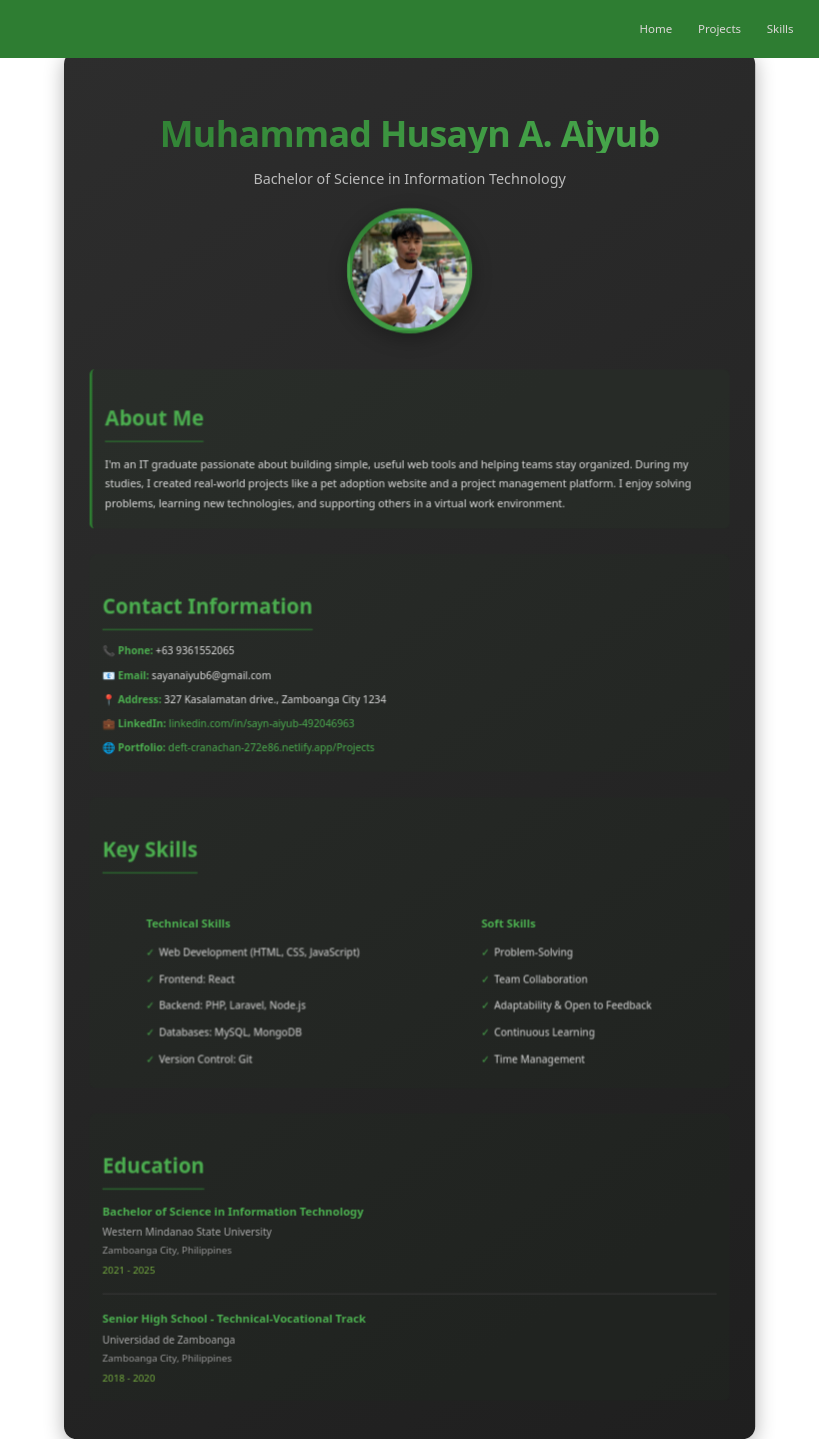
Repository: SAYANA11/portfolio
Page: /
An editor plug-in stored every save of this project. The page is shown before and after the next save, followed by the edit.
The browser window is 1280 px wide. The pictures show the whole page, at 64% of full size.
The project was rebuilt for these pictures with package versions that can differ from the ones it lists, and the page was loaded fresh each time. Also part of the build but not shown: vite.config.js, src/components/Projects.css, src/components/Projects.jsx, src/components/Skills.jsx.

Above is the page before, as saved 2026-02-16 20:36:29.

### index.html
<!doctype html>
<html lang="en">
  <head>
    <meta charset="UTF-8" />
    <link rel="icon" type="image/svg+xml" href="/vite.svg" />
    <meta name="viewport" content="width=device-width, initial-scale=1.0" />
    <title>Muhammad Husayn Aiyub - Portfolio</title>
  </head>
  <body>
    <div id="root"></div>
    <script type="module" src="/src/main.jsx"></script>
  </body>
</html>

### src/index.css
:root {
  font-family: system-ui, Avenir, Helvetica, Arial, sans-serif;
  line-height: 1.5;
  font-weight: 400;

  color-scheme: light dark;
  color: rgba(255, 255, 255, 0.87);
  background-color: #242424;

  font-synthesis: none;
  text-rendering: optimizeLegibility;
  -webkit-font-smoothing: antialiased;
  -moz-osx-font-smoothing: grayscale;
}
/* Add in index.css or global style file */

a {
  font-weight: 500;
  color: #646cff;
  text-decoration: inherit;
}
a:hover {
  color: #535bf2;
}

html, body, #root {
  height: 100%;
  margin: 0;
  padding: 0;
  display: block; /* Change from flex to block to avoid global centering */
}

body {
  margin: 0;
  min-width: 320px;
  background-color: #ffffff; /* Ensure a consistent background color */
}

h1 {
  font-size: 3.2em;
  line-height: 1.1;
}

button {
  border-radius: 8px;
  border: 1px solid transparent;
  padding: 0.6em 1.2em;
  font-size: 1em;
  font-weight: 500;
  font-family: inherit;
  background-color: #1a1a1a;
  cursor: pointer;
  transition: border-color 0.25s;
}
button:hover {
  border-color: #646cff;
}
button:focus,
button:focus-visible {
  outline: 4px auto -webkit-focus-ring-color;
}

@media (prefers-color-scheme: light) {
  :root {
    color: #213547;
    background-color: #ffffff;
  }
  a:hover {
    color: #747bff;
  }
  button {
    background-color: #f9f9f9;
  }
}

### src/App.jsx
import React from "react";
import { BrowserRouter as Router, Routes, Route } from "react-router-dom";
import NavBar from "./components/Navbar";
import Hero from "./components/Hero";
import Projects from "./components/Projects";
import Skills from "./components/Skills";

function App() {
  return (
    <Router>
      <NavBar />
      <Routes>
        <Route path="/" element={<Hero />} />
        <Route path="/Projects" element={<Projects />} />
        <Route path="/Skills" element={<Skills />} />
      </Routes>
    </Router>
  );
}

export default App;

### src/components/Navbar.jsx
import React from "react";
import { Link } from "react-router-dom";
import "./Navbar.css";

const NavBar = () => {
  return (
    <nav className="navbar">
      <ul>
        <li>
          <Link to="/">Home</Link>
        </li>
        <li>
          <Link to="/Projects">Projects</Link>
        </li>
        <li>
          <Link to="/Skills">Skills</Link>
        </li>
      </ul>
    </nav>
  );
};

export default NavBar;

### src/components/Hero.jsx
import React from "react";
import myPhoto from "./sayana.jpg";
import "./Hero.css";

const Hero = () => {
  return (
    <div className="hero-container">
      {/* Header Section with Photo */}
      <div className="name">
        <h1 className="hero-title">Muhammad Husayn A. Aiyub</h1>
        <p className="hero-subtitle">Bachelor of Science in Information Technology</p>
        <div className="photo">
          <img src={myPhoto} alt="Muhammad Husayn Aiyub" />
        </div>
      </div>

      {/* About Me Section */}
      <div className="about-section">
        <h2 className="section-title">About Me</h2>
        <p className="about-text">
          I'm an IT graduate passionate about building simple, useful web tools and helping teams stay organized. During my studies, I created real-world projects like a pet adoption website and a project management platform. I enjoy solving problems, learning new technologies, and supporting others in a virtual work environment.
        </p>
      </div>

      {/* Contact Information */}
      <div className="contact-section">
        <h3 className="section-title">Contact Information</h3>
        <div className="contact-details">
          <p><strong>📞 Phone:</strong> +63 9361552065</p>
          <p><strong>📧 Email:</strong> sayanaiyub6@gmail.com</p>
          <p><strong>📍 Address:</strong> 327 Kasalamatan drive., Zamboanga City 1234</p>
          <p><strong>💼 LinkedIn:</strong> <a href="https://linkedin.com/in/sayn-aiyub-492046963" target="_blank" rel="noopener noreferrer">linkedin.com/in/sayn-aiyub-492046963</a></p>
          <p><strong>🌐 Portfolio:</strong> <a href="https://deft-cranachan-272e86.netlify.app/Projects" target="_blank" rel="noopener noreferrer">deft-cranachan-272e86.netlify.app/Projects</a></p>
        </div>
      </div>

      {/* Skills Summary */}
      <div className="skills-summary-section">
        <h3 className="section-title">Key Skills</h3>
        <div className="skills-grid">
          <div className="skill-category">
            <h4>Technical Skills</h4>
            <ul>
              <li>Web Development (HTML, CSS, JavaScript)</li>
              <li>Frontend: React</li>
              <li>Backend: PHP, Laravel, Node.js</li>
              <li>Databases: MySQL, MongoDB</li>
              <li>Version Control: Git</li>
            </ul>
          </div>
          <div className="skill-category">
            <h4>Soft Skills</h4>
            <ul>
              <li>Problem-Solving</li>
              <li>Team Collaboration</li>
              <li>Adaptability & Open to Feedback</li>
              <li>Continuous Learning</li>
              <li>Time Management</li>
            </ul>
          </div>
        </div>
      </div>

      {/* Education */}
      <div className="education-section">
        <h3 className="section-title">Education</h3>
        <div className="education-item">
          <h4>Bachelor of Science in Information Technology</h4>
          <p className="school-name">Western Mindanao State University</p>
          <p className="location">Zamboanga City, Philippines</p>
          <p className="duration">2021 - 2025</p>
        </div>
        <div className="education-item">
          <h4>Senior High School - Technical-Vocational Track</h4>
          <p className="school-name">Universidad de Zamboanga</p>
          <p className="location">Zamboanga City, Philippines</p>
          <p className="duration">2018 - 2020</p>
        </div>
      </div>
    </div>
  );
};

export default Hero;

### src/components/Navbar.css
.navbar {
    background: #2e7d32; /* Dark green color */
    color: white;
    padding: 15px 20px; /* Add padding for spacing */
    position: fixed;
    width: 100%; /* Full width navbar */
    height: 60px; /* Set a fixed height for the navbar */
    top: 0;
    z-index: 1000;
    display: flex;
    align-items: center;
    justify-content: flex-end; /* Align content to the right */
    margin-bottom: 20px; /* Add margin to the bottom */
}

.navbar ul {
    list-style: none;
    padding: 0;
    margin: 0 50px 0 0; /* Add margin to the right */
    display: flex; /* Display items in a row */
    gap: 20px; /* Add spacing between items */
}

.navbar ul li {
    font-size: 18px;
    transition: 0.3s;
}

.navbar ul li a {
    color: #ddd8d8; /* Dark text for better contrast */
    text-decoration: none;
    transition: color 0.3s;
    padding: 5px 10px;
}

.navbar ul li a:hover,
.navbar ul li.active {
    color: white;
    background: #4caf50; /* Highlight with a green shade */
    border-radius: 5px;
}

/* Responsive */
@media (max-width: 768px) {
    .navbar ul {
        gap: 10px; /* Reduce spacing for smaller screens */
        margin: 0 10px 0 0; /* Adjust margin for smaller screens */
    }

    .navbar ul li {
        font-size: 16px; /* Adjust font size for smaller screens */
    }
}

### src/components/Hero.css
/* Import Poppins font */
@import url('https://fonts.googleapis.com/css2?family=Poppins:wght@300;400;500;600;700&display=swap');

/* Root Variables for Better Theme Management */
:root {
  --primary-green: #2e7d32;
  --primary-green-light: #4caf50;
  --primary-green-dark: #1b5e20;
  --accent-gold: #ffd700;
  --text-light: #f1f1f1;
  --text-dark: #333;
  --text-muted: #666;
  --background-dark: #1a1a1a;
  --card-background: #2d2d2d;
  --border-color: #444;
  --shadow-light: rgba(0, 0, 0, 0.1);
  --shadow-medium: rgba(0, 0, 0, 0.3);
  --shadow-heavy: rgba(0, 0, 0, 0.7);
  --gradient-primary: linear-gradient(135deg, var(--primary-green), var(--primary-green-light));
  --gradient-card: linear-gradient(145deg, #2d2d2d, #1f1f1f);
}

/* Hero Container */
.hero-container {
  padding: 60px 40px;
  max-width: 1000px;
  margin: 80px auto;
  border-radius: 20px;
  background: var(--gradient-card);
  box-shadow: 0 8px 32px var(--shadow-medium);
  color: var(--text-light);
  position: relative;
  overflow: hidden;
}

      .hero-container::before {
        content: '';
        position: absolute;
        top: 0;
        left: 0;
        right: 0;
        height: 4px;
        background: var(--gradient-primary);
        border-radius: 20px 20px 0 0;
      }

      /* Name Section */
      .name {
        text-align: center;
        margin-bottom: 50px;
        position: relative;
      }

      .hero-title {
        font-size: clamp(2rem, 5vw, 3.5rem);
        font-weight: 700;
        background: var(--gradient-primary);
        -webkit-background-clip: text;
        -webkit-text-fill-color: transparent;
        background-clip: text;
        margin-bottom: 15px;
        letter-spacing: -0.02em;
        animation: fadeInUp 0.8s ease-out;
      }

      .hero-subtitle {
        font-size: clamp(1rem, 2.5vw, 1.4rem);
        color: #bbb;
        font-weight: 400;
        margin-bottom: 30px;
        animation: fadeInUp 0.8s ease-out 0.2s both;
      }

      /* Photo Styling */
      .photo {
        position: relative;
        display: inline-block;
        animation: fadeInUp 0.8s ease-out 0.4s both;
      }

      .photo img {
        width: 180px;
        height: 180px;
        border-radius: 50%;
        object-fit: cover;
        border: 5px solid transparent;
        background: var(--gradient-primary);
        padding: 3px;
        transition: all 0.4s cubic-bezier(0.4, 0, 0.2, 1);
        box-shadow: 0 8px 32px var(--shadow-medium);
      }

      .photo::before {
        content: '';
        position: absolute;
        top: -10px;
        left: -10px;
        right: -10px;
        bottom: -10px;
        border-radius: 50%;
        background: var(--gradient-primary);
        opacity: 0;
        transition: opacity 0.4s ease;
        z-index: -1;
      }

      .photo:hover::before {
        opacity: 0.2;
      }

      .photo:hover img {
        transform: scale(1.05);
        box-shadow: 0 12px 48px var(--shadow-heavy);
      }

      /* Section Styling */
      .section-title {
        font-size: clamp(1.5rem, 4vw, 2rem);
        font-weight: 700;
        color: var(--primary-green-light);
        margin-bottom: 20px;
        border-bottom: 2px solid var(--primary-green);
        padding-bottom: 12px;
        display: inline-block;
        animation: fadeInUp 0.8s ease-out both;
      }

      /* About Section */
      .about-section {
        margin-bottom: 40px;
        padding: 25px 20px;
        background: rgba(46, 125, 50, 0.05);
        border-left: 4px solid var(--primary-green);
        border-radius: 8px;
        animation: fadeInUp 0.8s ease-out 0.2s both;
      }

      .about-text {
        font-size: 1.05rem;
        line-height: 1.8;
        color: #ddd;
        margin: 0;
      }

      /* Contact Section */
      .contact-section {
        margin-bottom: 40px;
        padding: 25px 20px;
        background: rgba(46, 125, 50, 0.03);
        border-radius: 8px;
        animation: fadeInUp 0.8s ease-out 0.3s both;
      }

      .contact-details {
        display: grid;
        grid-template-columns: 1fr;
        gap: 12px;
      }

      .contact-details p {
        margin: 0;
        font-size: 1rem;
        line-height: 1.6;
        color: #ddd;
      }

      .contact-details strong {
        color: var(--primary-green-light);
        font-weight: 600;
      }

      .contact-details a {
        color: var(--primary-green-light);
        text-decoration: none;
        transition: all 0.3s ease;
      }

      .contact-details a:hover {
        color: var(--accent-gold);
        text-decoration: underline;
      }

      /* Skills Summary Section */
      .skills-summary-section {
        margin-bottom: 40px;
        padding: 25px 20px;
        background: rgba(46, 125, 50, 0.03);
        border-radius: 8px;
        animation: fadeInUp 0.8s ease-out 0.4s both;
      }

      .skills-grid {
        display: grid;
        grid-template-columns: repeat(auto-fit, minmax(250px, 1fr));
        gap: 25px;
        margin-top: 20px;
      }

      .skill-category h4 {
        font-size: 1.1rem;
        color: var(--primary-green-light);
        margin-bottom: 12px;
        font-weight: 600;
      }

      .skill-category ul {
        list-style: none;
        padding: 0;
        margin: 0;
      }

      .skill-category li {
        padding: 8px 0;
        padding-left: 20px;
        position: relative;
        color: #ddd;
        line-height: 1.6;
      }

      .skill-category li::before {
        content: '✓';
        position: absolute;
        left: 0;
        color: var(--primary-green-light);
        font-weight: bold;
      }

      /* Education Section */
      .education-section {
        padding: 25px 20px;
        background: rgba(46, 125, 50, 0.03);
        border-radius: 8px;
        animation: fadeInUp 0.8s ease-out 0.5s both;
      }

      .education-item {
        margin-bottom: 25px;
        padding-bottom: 25px;
        border-bottom: 1px solid var(--border-color);
      }

      .education-item:last-child {
        margin-bottom: 0;
        padding-bottom: 0;
        border-bottom: none;
      }

      .education-item h4 {
        font-size: 1.1rem;
        color: var(--primary-green-light);
        margin: 0 0 8px 0;
        font-weight: 600;
      }

      .school-name {
        font-size: 1rem;
        color: #aaa;
        margin: 5px 0;
      }

      .location {
        font-size: 0.95rem;
        color: #999;
        margin: 5px 0;
      }

      .duration {
        font-size: 0.95rem;
        color: #77b041;
        margin: 8px 0 0 0;
        font-weight: 500;
      }

      /* Modal Styles */
      .modal {
        display: none;
      }

      /* Animations */
      @keyframes fadeInUp {
        from {
          opacity: 0;
          transform: translateY(30px);
        }
        to {
          opacity: 1;
          transform: translateY(0);
        }
      }

      /* Responsive Design */
      @media (max-width: 768px) {
        .hero-container {
          padding: 40px 20px;
          margin-top: 60px;
        }

        .skills-grid {
          grid-template-columns: 1fr;
        }

        .section-title {
          font-size: 1.4rem;
        }

        .contact-details {
          grid-template-columns: 1fr;
        }

        .photo img {
          width: 140px;
          height: 140px;
        }
      }

      @media (max-width: 480px) {
        .hero-container {
          padding: 30px 15px;
          margin-top: 40px;
          margin-left: 10px;
          margin-right: 10px;
        }

        .hero-title {
          font-size: 1.8rem;
        }

        .hero-subtitle {
          font-size: 1rem;
        }

        .about-section,
        .contact-section,
        .skills-summary-section,
        .education-section {
          padding: 15px 12px;
        }

        .photo img {
          width: 120px;
          height: 120px;
        }

        .section-title {
          font-size: 1.2rem;
        }

        .about-text,
        .contact-details p,
        .skill-category li {
          font-size: 0.95rem;
        }
      }

### src/components/Skills.css
/* Skills Container */
.skills-container {
  padding: 40px 20px;
  background: linear-gradient(135deg, #e8fce8, #ffffff); /* Soft green gradient */
  border-radius: 15px;
  box-shadow: 0 8px 20px rgba(0, 0, 0, 0.15); /* Subtle shadow */
  max-width: 1200px;
  margin: 40px auto; /* Center the container */
  font-family: 'Poppins', sans-serif;
  color: #2c3e50;
  text-align: center;
}

/* Title Styling */
.skills-title {
  font-size: 2.5rem;
  font-weight: 700;
  margin-bottom: 30px;
  color: #2c3e50;
}

/* Skills Grid */
.skills-grid {
  display: grid;
  grid-template-columns: repeat(auto-fit, minmax(250px, 1fr)); /* Responsive grid */
  gap: 20px;
  justify-items: center;
}

/* Skill Card */
.skill-card {
  background: #ffffff;
  border: 1px solid #ddd;
  border-radius: 15px;
  padding: 20px;
  text-align: center;
  box-shadow: 0 4px 10px rgba(0, 0, 0, 0.1);
  transition: transform 0.3s ease, box-shadow 0.3s ease;
}

.skill-card:hover {
  transform: scale(1.05);
  box-shadow: 0 6px 15px rgba(0, 0, 0, 0.2);
}

/* Skill Logo */
.skill-logo {
  width: 60px;
  height: 60px;
  margin-bottom: 15px;
}

/* Skill Name */
.skill-name {
  font-size: 1.5rem;
  font-weight: 600;
  margin-bottom: 10px;
  color: #4caf50; /* Accent color */
}

/* Skill Description */
.skill-description {
  font-size: 1rem;
  color: #555;
  line-height: 1.6;
}

/* Responsive Design */
@media (max-width: 768px) {
  .skills-title {
    font-size: 2rem;
  }

  .skill-card {
    padding: 15px;
  }

  .skill-logo {
    width: 50px;
    height: 50px;
  }

  .skill-name {
    font-size: 1.3rem;
  }

  .skill-description {
    font-size: 0.9rem;
  }
}

Loaded but not shown: src/main.jsx (common file)

After the next save:
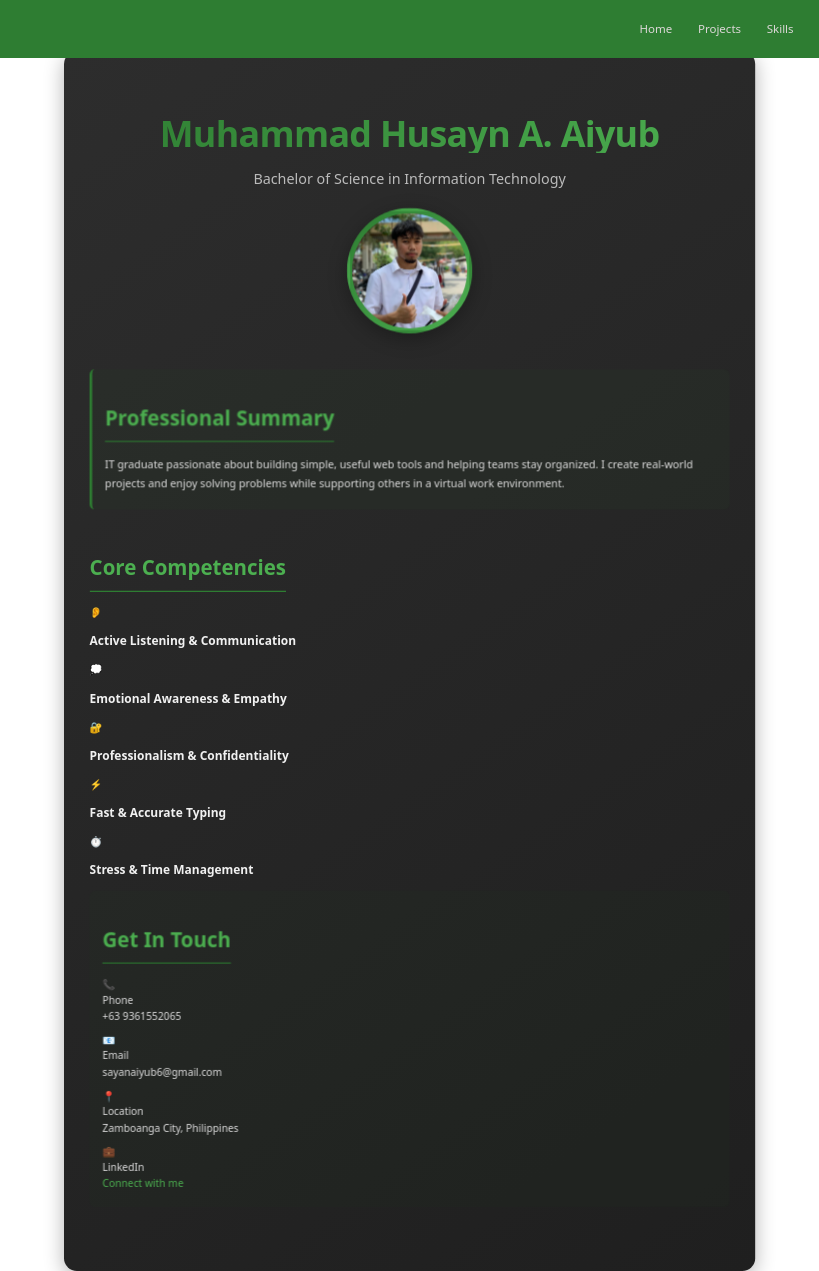
Saved 4 min 55 s later.
--- a/src/components/Hero.jsx
+++ b/src/components/Hero.jsx
@@ -14,67 +14,75 @@ const Hero = () => {
         </div>
       </div>
 
-      {/* About Me Section */}
+      {/* Professional Summary */}
       <div className="about-section">
-        <h2 className="section-title">About Me</h2>
+        <h2 className="section-title">Professional Summary</h2>
         <p className="about-text">
-          I'm an IT graduate passionate about building simple, useful web tools and helping teams stay organized. During my studies, I created real-world projects like a pet adoption website and a project management platform. I enjoy solving problems, learning new technologies, and supporting others in a virtual work environment.
+          IT graduate passionate about building simple, useful web tools and helping teams stay organized. I create real-world projects and enjoy solving problems while supporting others in a virtual work environment.
         </p>
+      </div>
+
+      {/* Soft Skills Section */}
+      <div className="soft-skills-section">
+        <h2 className="section-title">Core Competencies</h2>
+        <div className="soft-skills-grid">
+          <div className="skill-item">
+            <div className="skill-icon">👂</div>
+            <h3>Active Listening & Communication</h3>
+          </div>
+          <div className="skill-item">
+            <div className="skill-icon">💭</div>
+            <h3>Emotional Awareness & Empathy</h3>
+          </div>
+          <div className="skill-item">
+            <div className="skill-icon">🔐</div>
+            <h3>Professionalism & Confidentiality</h3>
+          </div>
+          <div className="skill-item">
+            <div className="skill-icon">⚡</div>
+            <h3>Fast & Accurate Typing</h3>
+          </div>
+          <div className="skill-item">
+            <div className="skill-icon">⏱️</div>
+            <h3>Stress & Time Management</h3>
+          </div>
+        </div>
       </div>
 
       {/* Contact Information */}
       <div className="contact-section">
-        <h3 className="section-title">Contact Information</h3>
+        <h2 className="section-title">Get In Touch</h2>
         <div className="contact-details">
-          <p><strong>📞 Phone:</strong> +63 9361552065</p>
-          <p><strong>📧 Email:</strong> sayanaiyub6@gmail.com</p>
-          <p><strong>📍 Address:</strong> 327 Kasalamatan drive., Zamboanga City 1234</p>
-          <p><strong>💼 LinkedIn:</strong> <a href="https://linkedin.com/in/sayn-aiyub-492046963" target="_blank" rel="noopener noreferrer">linkedin.com/in/sayn-aiyub-492046963</a></p>
-          <p><strong>🌐 Portfolio:</strong> <a href="https://deft-cranachan-272e86.netlify.app/Projects" target="_blank" rel="noopener noreferrer">deft-cranachan-272e86.netlify.app/Projects</a></p>
-        </div>
-      </div>
-
-      {/* Skills Summary */}
-      <div className="skills-summary-section">
-        <h3 className="section-title">Key Skills</h3>
-        <div className="skills-grid">
-          <div className="skill-category">
-            <h4>Technical Skills</h4>
-            <ul>
-              <li>Web Development (HTML, CSS, JavaScript)</li>
-              <li>Frontend: React</li>
-              <li>Backend: PHP, Laravel, Node.js</li>
-              <li>Databases: MySQL, MongoDB</li>
-              <li>Version Control: Git</li>
-            </ul>
+          <div className="contact-item">
+            <span className="contact-icon">📞</span>
+            <div className="contact-content">
+              <p className="contact-label">Phone</p>
+              <p className="contact-value">+63 9361552065</p>
+            </div>
           </div>
-          <div className="skill-category">
-            <h4>Soft Skills</h4>
-            <ul>
-              <li>Problem-Solving</li>
-              <li>Team Collaboration</li>
-              <li>Adaptability & Open to Feedback</li>
-              <li>Continuous Learning</li>
-              <li>Time Management</li>
-            </ul>
+          <div className="contact-item">
+            <span className="contact-icon">📧</span>
+            <div className="contact-content">
+              <p className="contact-label">Email</p>
+              <p className="contact-value">sayanaiyub6@gmail.com</p>
+            </div>
           </div>
-        </div>
-      </div>
-
-      {/* Education */}
-      <div className="education-section">
-        <h3 className="section-title">Education</h3>
-        <div className="education-item">
-          <h4>Bachelor of Science in Information Technology</h4>
-          <p className="school-name">Western Mindanao State University</p>
-          <p className="location">Zamboanga City, Philippines</p>
-          <p className="duration">2021 - 2025</p>
-        </div>
-        <div className="education-item">
-          <h4>Senior High School - Technical-Vocational Track</h4>
-          <p className="school-name">Universidad de Zamboanga</p>
-          <p className="location">Zamboanga City, Philippines</p>
-          <p className="duration">2018 - 2020</p>
+          <div className="contact-item">
+            <span className="contact-icon">📍</span>
+            <div className="contact-content">
+              <p className="contact-label">Location</p>
+              <p className="contact-value">Zamboanga City, Philippines</p>
+            </div>
+          </div>
+          <div className="contact-item">
+            <span className="contact-icon">💼</span>
+            <div className="contact-content">
+              <p className="contact-label">LinkedIn</p>
+              <a href="https://linkedin.com/in/sayn-aiyub-492046963" target="_blank" rel="noopener noreferrer" className="contact-link">
+                Connect with me
+              </a>
+            </div>
+          </div>
         </div>
       </div>
     </div>
